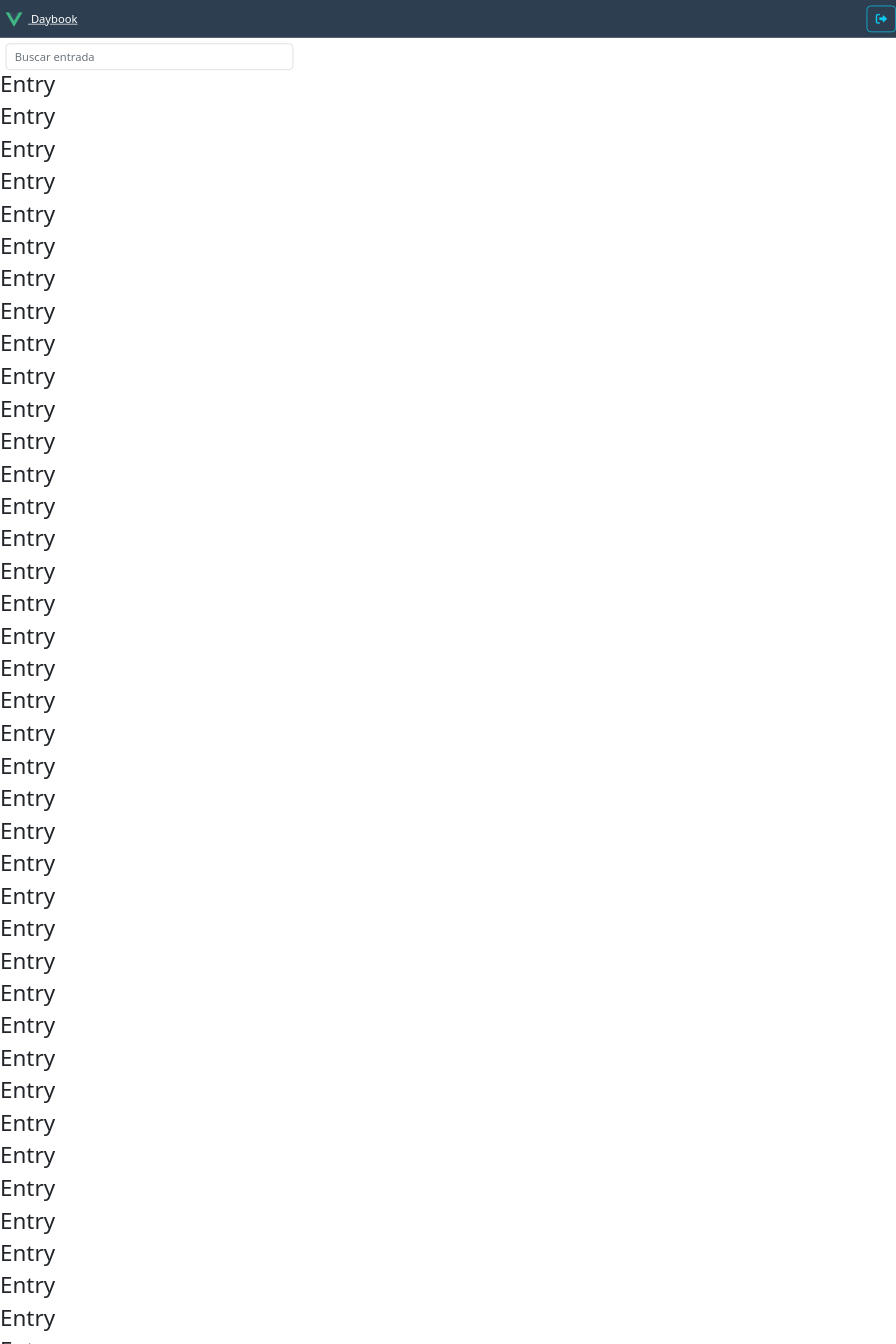
Repository: Osquitranki/jornal
Page: /#/daybook
The author's editor kept a copy of each file at every save. The page is drawn from the files as they stood at one save, then again after the next save.
The browser window is 1280 px wide. The pictures show the part of the page from y = 0 to 1920 px (the page is 4739 px tall before and 720 px after), at 70% of full size.
The project was rebuilt for these pictures with package versions that can differ from the ones it lists, and the page was loaded fresh each time. Also part of the build but not shown: vue.config.js, src/views/HomeView.vue.

Above is the page before, as saved 2022-12-20 15:51:48.

After the next save:
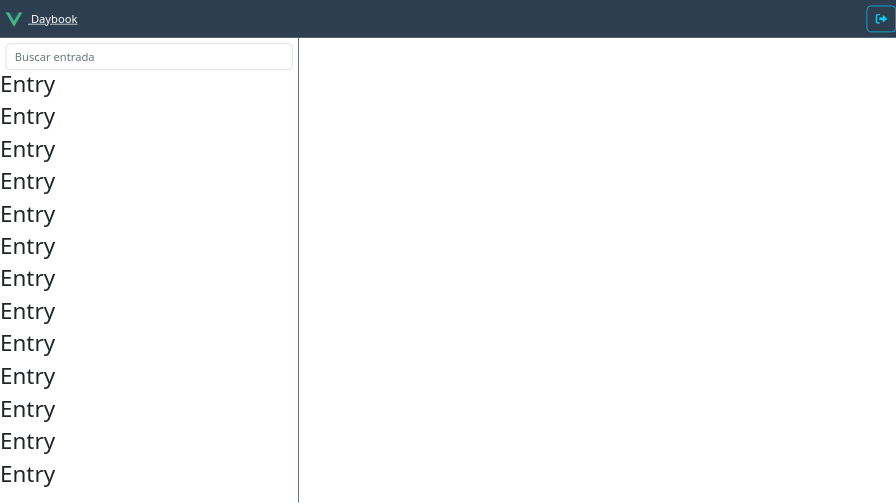
Saved 66 s later.
--- a/src/modules/daybook/components/Entry-list.vue
+++ b/src/modules/daybook/components/Entry-list.vue
@@ -20,6 +20,13 @@
 }
 </script>
 
-<style>
-
+<style lang="scss" scoped>
+.entry-list-container{
+    border-right: 1px solid #2c3e50 ;
+    height: calc(100vh - 56px);
+}
+.entry-scrollarea {
+    height: calc(100vh - 120px);
+    overflow: scroll;
+}
 </style>
